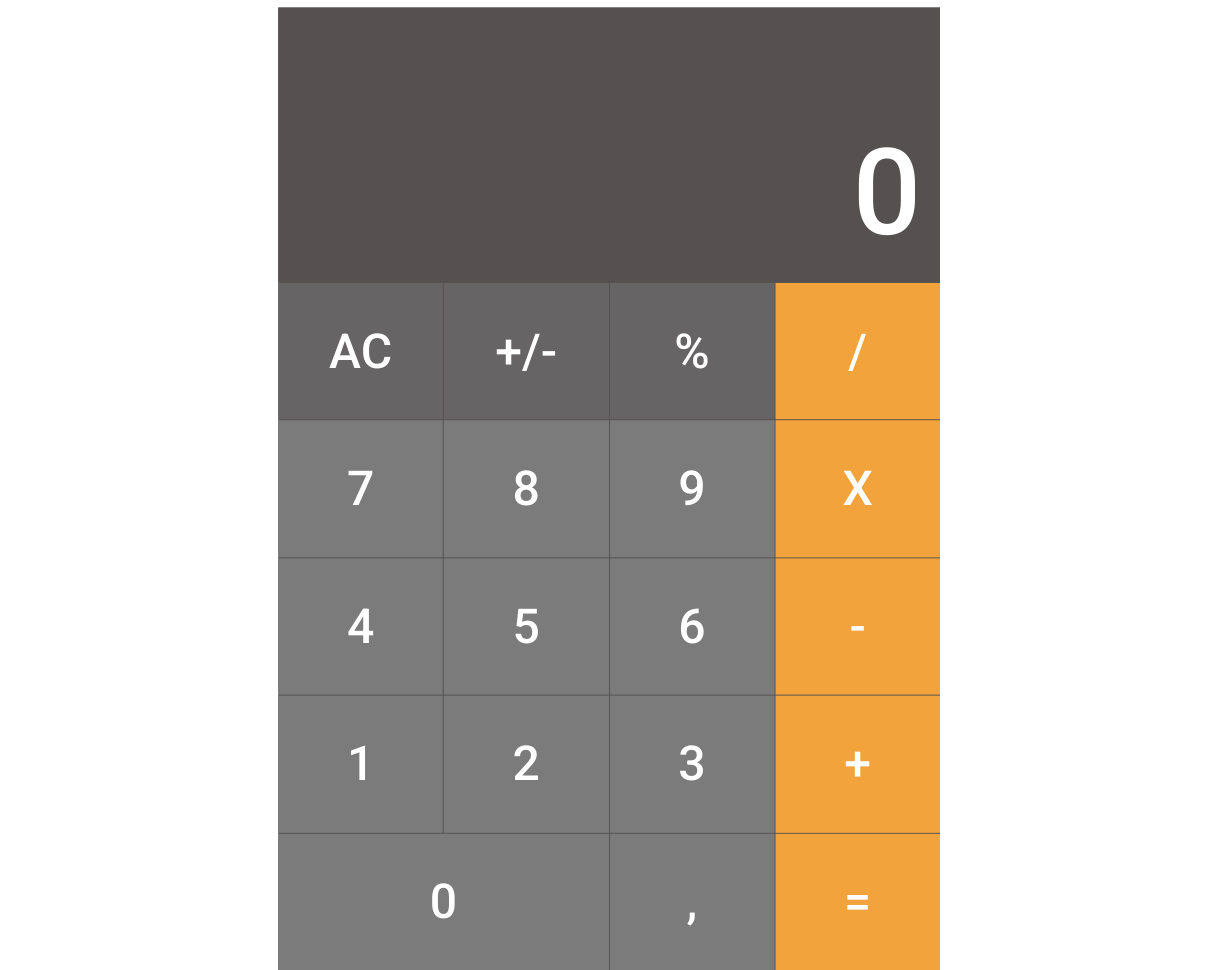
Repository: maciekto/calculatorOOP
Page: index.html
These files come from the project's save history. The page is drawn as it stood at one moment and after the next save; the edit follows.
The browser window is 1280 px wide. The page is 1288 px wide, so the pictures cover 1288 px, including what lies to the right of the window. The pictures show the whole page, at 94% of full size.

Above is the page before, as saved 2022-06-19 19:04:22.

After the next save:
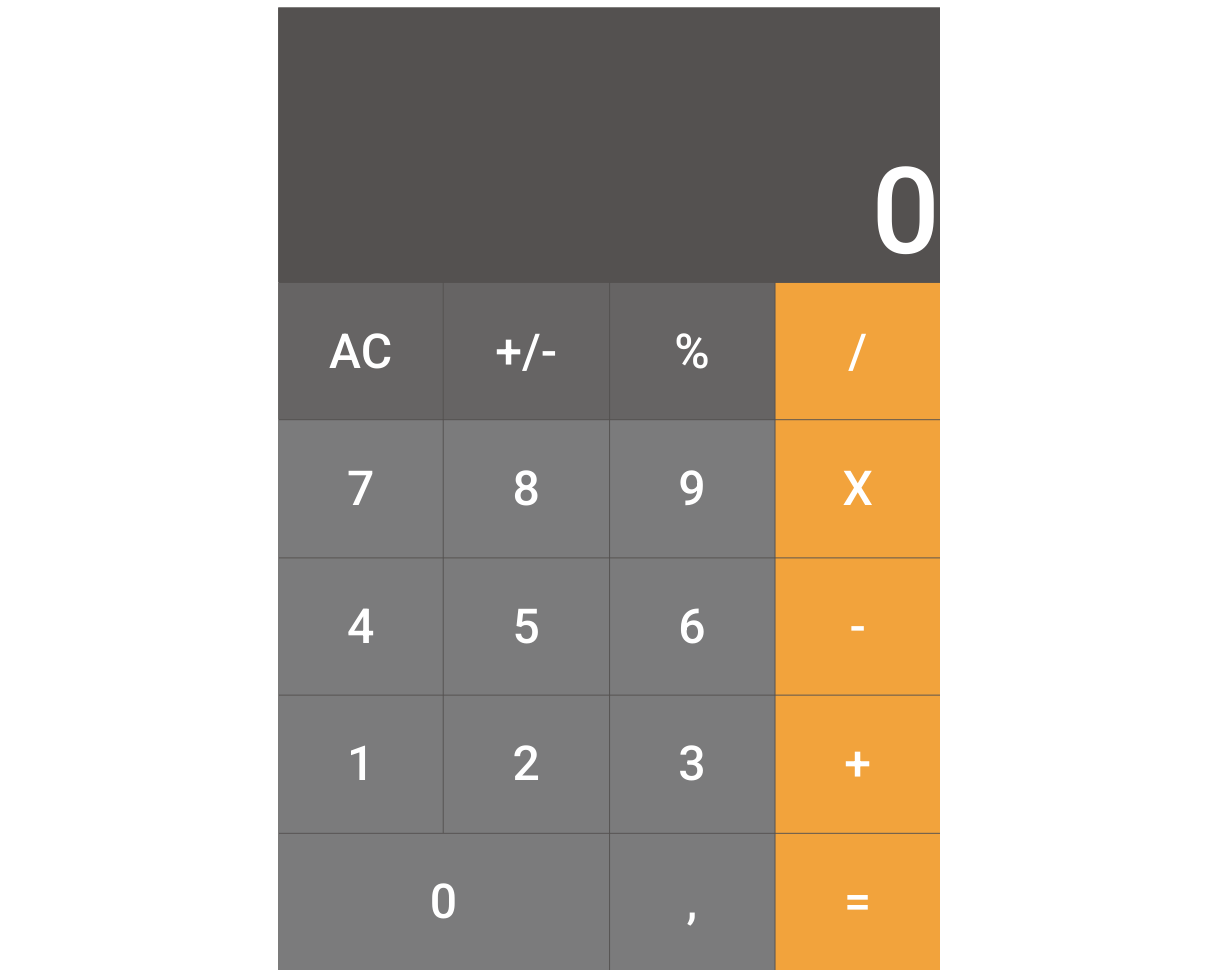
Saved 5 s later.
--- a/css.css
+++ b/css.css
@@ -40,7 +40,6 @@ main {
     background: #7b7b7c;
 }
 .Calc__result {
-    padding: 20px;
     font-size: 10vw;
     grid-area: result;
     background: #545150 !important;
